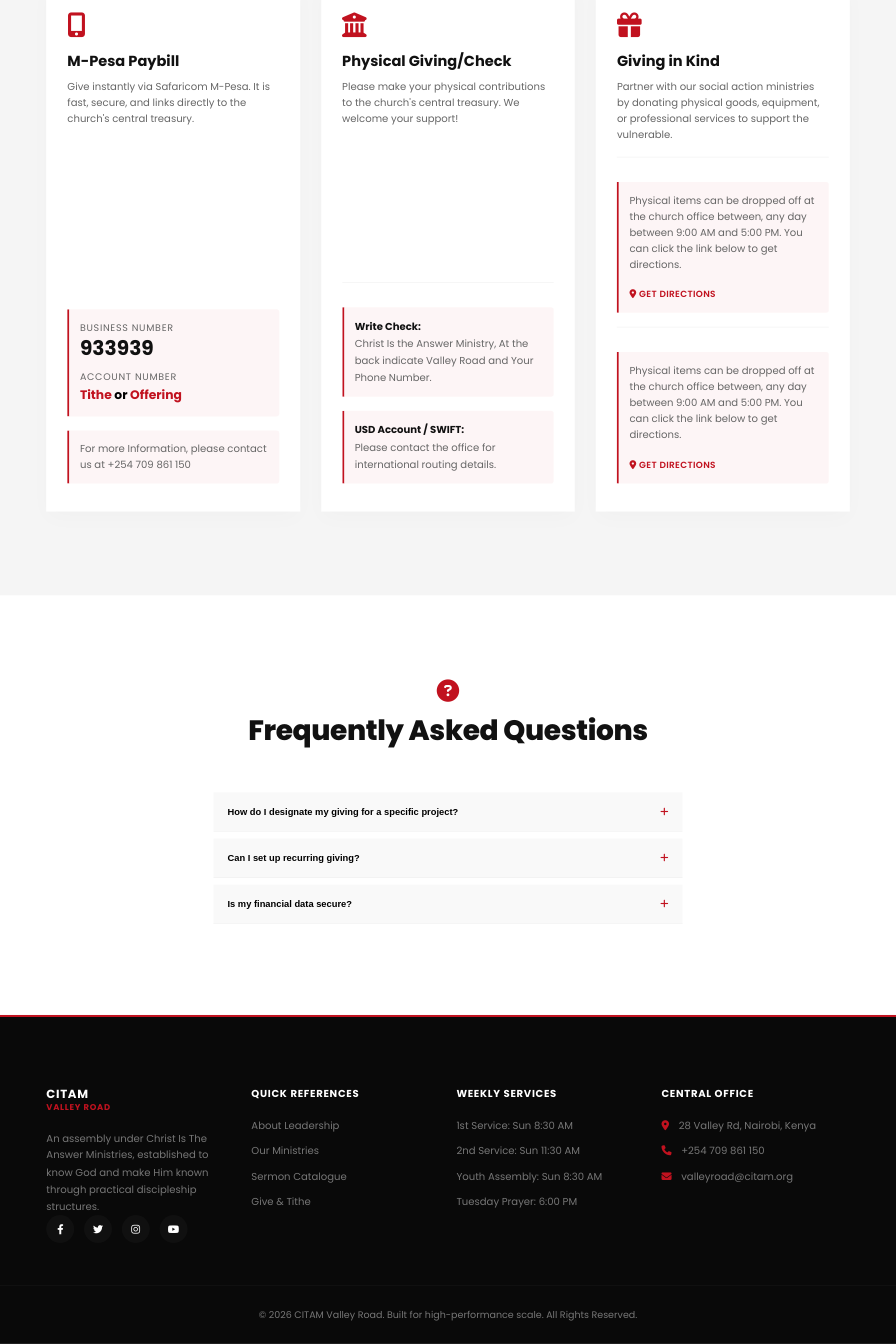
Repository: jereworks/CITAMVRD-Website
Page: give.html
An editor plug-in stored every save of this project. The page is shown before and after a run of saves, followed by the edit.
The browser window is 1280 px wide. The pictures show the part of the page from y = 847 to 2767 px (the page is 2767 px tall before and 2740 px after), at 70% of full size.

Above is the page before, as saved 2026-06-12 07:57:18.

### give.html
<!DOCTYPE html>
<html lang="en">
<head>
    <meta charset="UTF-8">
    <meta name="viewport" content="width=device-width, initial-scale=1.0">
    <meta name="description" content="Support the ministry at CITAM Valley Road through your tithes, offerings, and partnership. Find our M-Pesa Paybill, Bank details, and other giving methods.">
    <title>Give & Partner | CITAM Valley Road</title>

    <link rel="preconnect" href="https://fonts.googleapis.com">
    <link rel="preconnect" href="https://fonts.gstatic.com" crossorigin>
    <link href="https://fonts.googleapis.com/css2?family=Poppins:wght@300;400;500;600;700;800&display=swap" rel="stylesheet">
    <link rel="stylesheet" href="https://cdnjs.cloudflare.com/ajax/libs/font-awesome/6.4.0/css/all.min.css">

    <link rel="stylesheet" href="css/style.css">
</head>
<body>

    <div class="top-bar">
        <div class="container top-bar-flex">
            <div class="top-info">
                <span><i class="fas fa-phone-alt"></i> +254 709 861 150</span>
                <span><i class="fas fa-envelope"></i> valleyroad@citam.org</span>
                <span><i class="fas fa-map-marker-alt"></i> 28 Valley Rd, Nairobi, Kenya</span>
            </div>
            <div class="top-social">
                <a href="https://www.facebook.com/citamvrdke" target="_blank" aria-label="Facebook"><i class="fab fa-facebook-f"></i></a>
                <a href="https://x.com/CitamVrdKE" aria-label="Twitter"><i class="fab fa-twitter"></i></a>
                <a href="https://www.instagram.com/citamvrdke/" aria-label="Instagram"><i class="fab fa-instagram"></i></a>
                <a href="https://www.youtube.com/@CITAMValleyRoadNPC" aria-label="YouTube"><i class="fab fa-youtube"></i></a>
            </div>
        </div>
    </div>

    <header class="header" id="header">
        <div class="container nav-container">

            <a href="index.html" class="logo" aria-label="CITAM Valley Road Home" style="display: flex; align-items: center; gap: 15px; text-decoration: none;">
                <img src="images/CITAMLOGO.svg" alt="CITAM Logo" style="height: 70px; width: auto; display: block;">

                <div style="display: flex; flex-direction: column; justify-content: center;">
                    <span style="font-size: 2.2rem; font-weight: 800; color: #ffffff; line-height: 0.85; letter-spacing: 2px;">
                        CITAM
                    </span>
                    <span style="font-size: 0.7rem; font-weight: 400; color: #ffffff; line-height: 1; margin-top: 6px; text-transform: uppercase; width: 100%; text-align-last: justify;">
                        Valley Road
                    </span>
                </div>
            </a>

            <nav class="nav-menu" id="nav-menu" aria-label="Main Navigation">
                <ul class="nav-list">
                    <li><a href="index.html">Home</a></li>
                    <li><a href="about.html">About Us</a></li>
                    <li><a href="ministries.html">Ministries</a></li>
                    <li><a href="sermons.html">Sermons</a></li>
                    <li><a href="events.html">Events</a></li>
                    <li><a href="gallery.html">Gallery</a></li>
                    <li><a href="contact.html">Contact</a></li>
                </ul>
            </nav>

            <div class="nav-actions">
                <a href="give.html" class="btn btn-primary btn-nav active">Give / Tithe</a>
                <button class="hamburger" id="hamburger" aria-expanded="false" aria-label="Toggle navigation menu">
                    <i class="fas fa-bars"></i>
                </button>
            </div>
        </div>
    </header>

    <section class="about-hero-banner" style="background: linear-gradient(rgba(17, 17, 17, 0.85), rgba(17, 17, 17, 0.85)), url('https://images.unsplash.com/photo-1529070538774-1843cb3265df?auto=format&fit=crop&w=1920&q=80') no-repeat center center/cover;">
        <div class="container text-center">
            <span class="hero-pre-tag animate-on-scroll reveal-up">Worship & Partner</span>
            <h1 class="animate-on-scroll reveal-up delay-1">Giving & Tithes</h1>
            <p class="hero-subtext animate-on-scroll reveal-up delay-2">Honoring God through our resources to advance the Kingdom, support our community, and impact the world.</p>
        </div>
    </section>

    <section class="section bg-light">
        <div class="container">
            <div class="text-center mb-4">
                <span class="section-subtitle text-primary">Secure Transfer Ecosystems</span>
                <h2 class="section-title">Ways to Give</h2>
                <p class="max-width-text">Select a convenient, secure method to channel your tithes, offerings, and special project partnerships.</p>
            </div>

            <div class="grid-3 mt-4">

                <div class="identity-box card-vision animate-on-scroll reveal-up" style="display: flex; flex-direction: column;">
                    <div style="overflow: visible;">
                        <i class="fas fa-mobile-alt icon-lead text-primary"></i>
                    </div>
                    <h3>M-Pesa Paybill</h3>
                    <p style="flex-grow: 1;">Give instantly via Safaricom M-Pesa. It is fast, secure, and links directly to the church's central treasury.</p>

                    <div style="background: rgba(193, 18, 31, 0.04); border-left: 3px solid var(--primary); padding: 15px; margin-top: 20px; border-radius: 0 4px 4px 0;">
                        <span style="display: block; font-size: 0.85rem; color: var(--text-muted); text-transform: uppercase; letter-spacing: 1px;">Business Number</span>
                        <strong style="display: block; font-size: 1.8rem; color: var(--dark); line-height: 1.2;">933939</strong>

                        <span style="display: block; font-size: 0.85rem; color: var(--text-muted); text-transform: uppercase; letter-spacing: 1px; margin-top: 12px;">Account Number</span>
                        <strong style="display: block; font-size: 1.1rem; color: var(--primary);">Tithe <span style="color: #000000;">or</span> Offering</strong>
                    </div>

                    <div style="background: rgba(193, 18, 31, 0.04); border-left: 3px solid var(--primary); padding: 15px; margin-top: 20px; border-radius: 0 4px 4px 0;">
                        <p style="flex-grow: 1;">For more Information, please contact us at +254 709 861 150</p>
                    </div>

                </div>

                <div class="identity-box animate-on-scroll reveal-up delay-1" style="display: flex; flex-direction: column;">
                    <div style="overflow: visible;">
                        <i class="fas fa-university icon-lead text-primary"></i>
                    </div>
                    <h3>Physical Giving/Check</h3>
                    <p style="flex-grow: 1;">Please make your physical contributions to the church's central treasury. We welcome your support!</p>

                    <div style="border-top: 1px solid rgba(0,0,0,0.05); padding-top: 15px; margin-top: 20px;">
                        <ul style="list-style: none; font-size: 0.9rem;">
                            <li style="background: rgba(193, 18, 31, 0.04); border-left: 3px solid var(--primary); padding: 15px; margin-top: 20px; border-radius: 0 4px 4px 0;">
                                <strong style="color: var(--dark); display: block;">Write Check:</strong>
                                Christ Is the Answer Ministry, At the back indicate Valley Road and Your Phone Number.
                            </li>

                            <li style="background: rgba(193, 18, 31, 0.04); border-left: 3px solid var(--primary); padding: 15px; margin-top: 20px; border-radius: 0 4px 4px 0;">
                                <strong style="color: var(--dark); display: block;">USD Account / SWIFT:</strong>
                                Please contact the office for international routing details.
                            </li>
                        </ul>
                    </div>
                </div>

                <div class="identity-box animate-on-scroll reveal-up delay-2" style="display: flex; flex-direction: column;">
                    <div style="overflow: visible;">
                        <i class="fas fa-gift icon-lead text-primary"></i>
                    </div>
                    <h3>Giving in Kind</h3>
                    <p style="flex-grow: 1;">Partner with our social action ministries by donating physical goods, equipment, or professional services to support the vulnerable.</p>


                    <div style="border-top: 1px solid rgba(0,0,0,0.05); padding-top: 15px; margin-top: 20px;">
                        <div style="background: rgba(193, 18, 31, 0.04); border-left: 3px solid var(--primary); padding: 15px; margin-top: 20px; border-radius: 0 4px 4px 0;">
                            <p style="font-size: 0.9rem; margin-bottom: 15px;">Physical items can be dropped off at the church office between, any day between 9:00 AM and 5:00 PM. You can click the link below to get directions.</p>
                            <a href="contact.html" class="action-link" style="color: var(--primary);"><i class="fas fa-map-marker-alt"></i> Get Directions</a>
                        </div>
                    </div>

                    <div style="border-top: 1px solid rgba(0,0,0,0.05); padding-top: 15px; margin-top: 20px;">
                        <div style="background: rgba(193, 18, 31, 0.04); border-left: 3px solid var(--primary); padding: 15px; margin-top: 20px; border-radius: 0 4px 4px 0;">
                            <p style="font-size: 0.9rem; margin-bottom: 15px;">Physical items can be dropped off at the church office between, any day between 9:00 AM and 5:00 PM. You can click the link below to get directions.</p>
                            <a href="contact.html" class="action-link" style="color: var(--primary);"><i class="fas fa-map-marker-alt"></i> Get Directions</a>
                        </div>
                    </div>

                </div>

            </div>
        </div>
    </section>

    <section class="section bg-white">
        <div class="container max-width-text">
            <div class="text-center mb-4">
                <i class="fas fa-question-circle text-primary" style="font-size: 2rem; margin-bottom: 15px;"></i>
                <h2 class="section-title">Frequently Asked Questions</h2>
            </div>

            <div class="accordion-container animate-on-scroll reveal-up">

                <div class="accordion-item">
                    <button class="accordion-header" aria-expanded="false">
                        <span>How do I designate my giving for a specific project?</span>
                        <i class="fas fa-plus text-primary transition-smooth"></i>
                    </button>
                    <div class="accordion-content">
                        <p style="padding: 15px 0;">When using M-Pesa, you can indicate the specific project name in the <strong>Account Number</strong> field (e.g., "Building Fund", "Missions", or "Welfare"). For Bank Transfers, please include the designation in your transfer reference notes.</p>
                    </div>
                </div>

                <div class="accordion-item">
                    <button class="accordion-header" aria-expanded="false">
                        <span>Can I set up recurring giving?</span>
                        <i class="fas fa-plus text-primary transition-smooth"></i>
                    </button>
                    <div class="accordion-content">
                        <p style="padding: 15px 0;">Yes. We highly encourage setting up a Standing Order with your bank. This automates your tithes and regular offerings, ensuring consistency. You can use the bank details provided above to set this up with your branch.</p>
                    </div>
                </div>

                <div class="accordion-item">
                    <button class="accordion-header" aria-expanded="false">
                        <span>Is my financial data secure?</span>
                        <i class="fas fa-plus text-primary transition-smooth"></i>
                    </button>
                    <div class="accordion-content">
                        <p style="padding: 15px 0;">Absolutely. All digital transactions are processed directly through Safaricom and our partnered commercial banks. CITAM Valley Road does not intercept, store, or process your direct banking passwords or PINs.</p>
                    </div>
                </div>

            </div>
        </div>
    </section>

    <footer class="footer">
        <div class="container grid-4">
            <div class="footer-col">
                <h3>CITAM<span>Valley Road</span></h3>
                <p>An assembly under Christ Is The Answer Ministries, established to know God and make Him known through practical discipleship structures.</p>
                <div class="social-links">
                    <a href="https://www.facebook.com/citamvrdke" target="_blank" rel="noopener noreferrer" aria-label="Facebook"><i class="fab fa-facebook-f"></i></a>
                    <a href="https://x.com/CitamVrdKE" target="_blank" rel="noopener noreferrer" aria-label="Twitter"><i class="fab fa-twitter"></i></a>
                    <a href="https://www.instagram.com/citamvrdke/" target="_blank" rel="noopener noreferrer" aria-label="Instagram"><i class="fab fa-instagram"></i></a>
                    <a href="https://www.youtube.com/@CITAMValleyRoadNPC" target="_blank" rel="noopener noreferrer" aria-label="YouTube"><i class="fab fa-youtube"></i></a>
                </div>
            </div>
            <div class="footer-col">
                <h4>Quick References</h4>
                <ul>
                    <li><a href="about.html">About Leadership</a></li>
                    <li><a href="ministries.html">Our Ministries</a></li>
                    <li><a href="sermons.html">Sermon Catalogue</a></li>
                    <li><a href="give.html">Give & Tithe</a></li>
                </ul>
            </div>
            <div class="footer-col">
                <h4>Weekly Services</h4>
                <ul>
                    <li>1st Service: Sun 8:30 AM</li>
                    <li>2nd Service: Sun 11:30 AM</li>
                    <li>Youth Assembly: Sun 8:30 AM</li>
                    <li>Tuesday Prayer: 6:00 PM</li>
                </ul>
            </div>
            <div class="footer-col">
                <h4>Central Office</h4>
                <ul>
                    <li><i class="fas fa-map-marker-alt"></i> 28 Valley Rd, Nairobi, Kenya</li>
                    <li><i class="fas fa-phone"></i> +254 709 861 150</li>
                    <li><i class="fas fa-envelope"></i> valleyroad@citam.org</li>
                </ul>
            </div>
        </div>
        <div class="footer-bottom text-center">
            <p>© 2026 CITAM Valley Road. Built for high-performance scale. All Rights Reserved.</p>
        </div>
    </footer>

    <script>
        document.addEventListener('DOMContentLoaded', () => {

            // 1. Sticky Header Intersection
            const header = document.getElementById('header');
            window.addEventListener('scroll', () => {
                if (window.scrollY > 50) {
                    header.classList.add('scrolled');
                } else {
                    header.classList.remove('scrolled');
                }
            });

            // 2. Mobile Nav Toggle
            const hamburger = document.getElementById('hamburger');
            const navMenu = document.getElementById('nav-menu');
            hamburger.addEventListener('click', () => {
                navMenu.classList.toggle('show');
                const isExpanded = hamburger.getAttribute('aria-expanded') === 'true';
                hamburger.setAttribute('aria-expanded', !isExpanded);
            });

            // 3. Cinematic Scroll Reveal via IntersectionObserver
            const observerOptions = {
                root: null,
                rootMargin: '0px',
                threshold: 0.15
            };

            const revealObserver = new IntersectionObserver((entries, observer) => {
                entries.forEach(entry => {
                    if (entry.isIntersecting) {
                        entry.target.classList.add('active');
                        observer.unobserve(entry.target);
                    }
                });
            }, observerOptions);

            const animatableElements = document.querySelectorAll('.animate-on-scroll');
            animatableElements.forEach(el => revealObserver.observe(el));

            // 4. Accordion Logic (Scalable UI Pattern)
            const accordionHeaders = document.querySelectorAll('.accordion-header');

            accordionHeaders.forEach(header => {
                header.addEventListener('click', function() {
                    const content = this.nextElementSibling;
                    const icon = this.querySelector('i');
                    const isOpen = content.style.maxHeight;

                    // Close all other accordions
                    document.querySelectorAll('.accordion-content').forEach(item => {
                        item.style.maxHeight = null;
                    });
                    document.querySelectorAll('.accordion-header i').forEach(item => {
                        item.classList.remove('fa-minus');
                        item.classList.add('fa-plus');
                    });
                    document.querySelectorAll('.accordion-header').forEach(item => {
                        item.setAttribute('aria-expanded', 'false');
                    });

                    // Open clicked if it was closed
                    if (!isOpen) {
                        content.style.maxHeight = content.scrollHeight + "px";
                        icon.classList.remove('fa-plus');
                        icon.classList.add('fa-minus');
                        this.setAttribute('aria-expanded', 'true');
                    }
                });
            });
        });
    </script>
</body>
</html>

Loaded but not shown: css/style.css (1641 lines, source omitted)

After the next 2 saves:
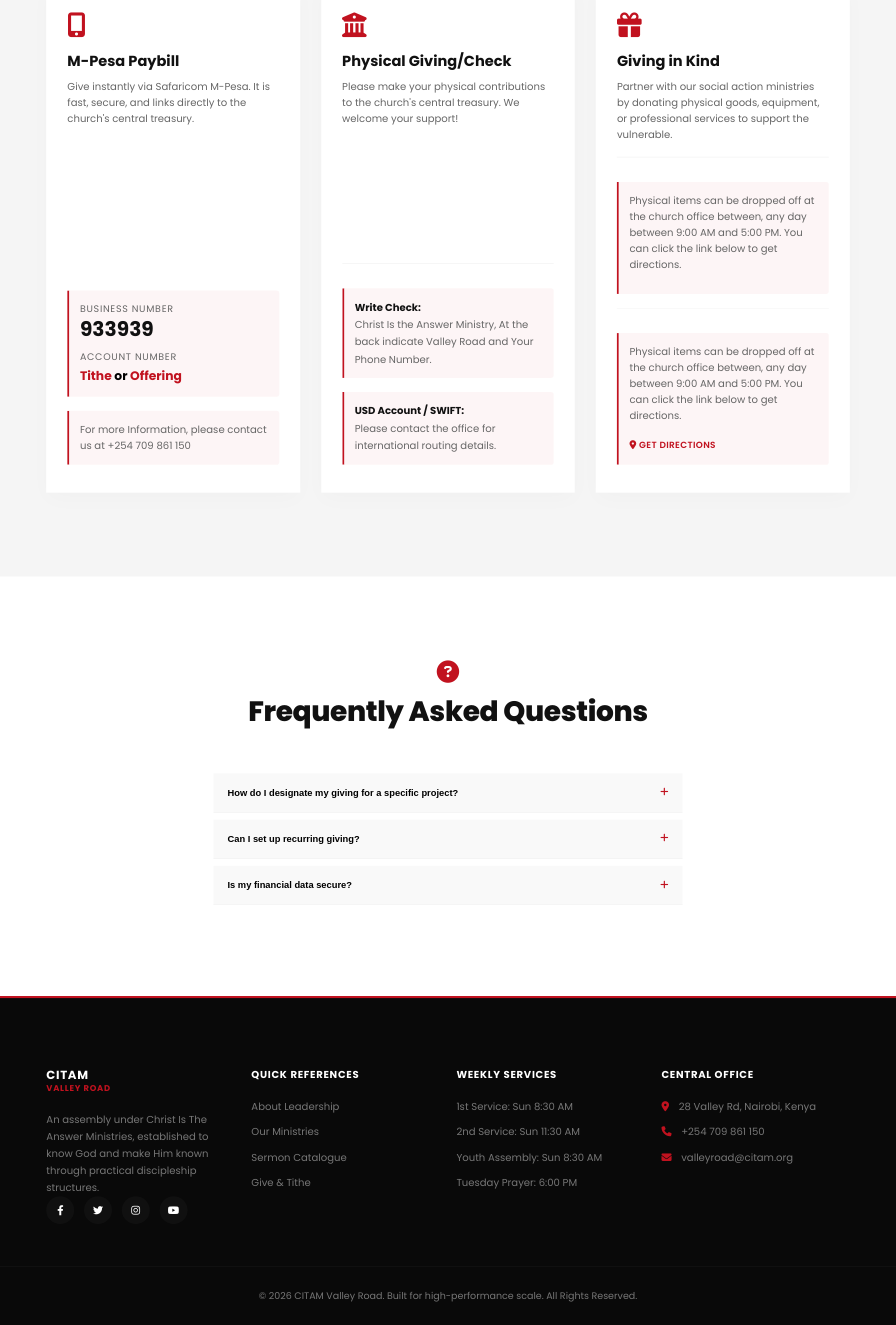
The 2 saves are shown as one change because they came seconds apart.
The last was saved 10 s later.
--- a/give.html
+++ b/give.html
@@ -140,7 +140,6 @@
                     <div style="border-top: 1px solid rgba(0,0,0,0.05); padding-top: 15px; margin-top: 20px;">
                         <div style="background: rgba(193, 18, 31, 0.04); border-left: 3px solid var(--primary); padding: 15px; margin-top: 20px; border-radius: 0 4px 4px 0;">
                             <p style="font-size: 0.9rem; margin-bottom: 15px;">Physical items can be dropped off at the church office between, any day between 9:00 AM and 5:00 PM. You can click the link below to get directions.</p>
-                            <a href="contact.html" class="action-link" style="color: var(--primary);"><i class="fas fa-map-marker-alt"></i> Get Directions</a>
                         </div>
                     </div>
 
